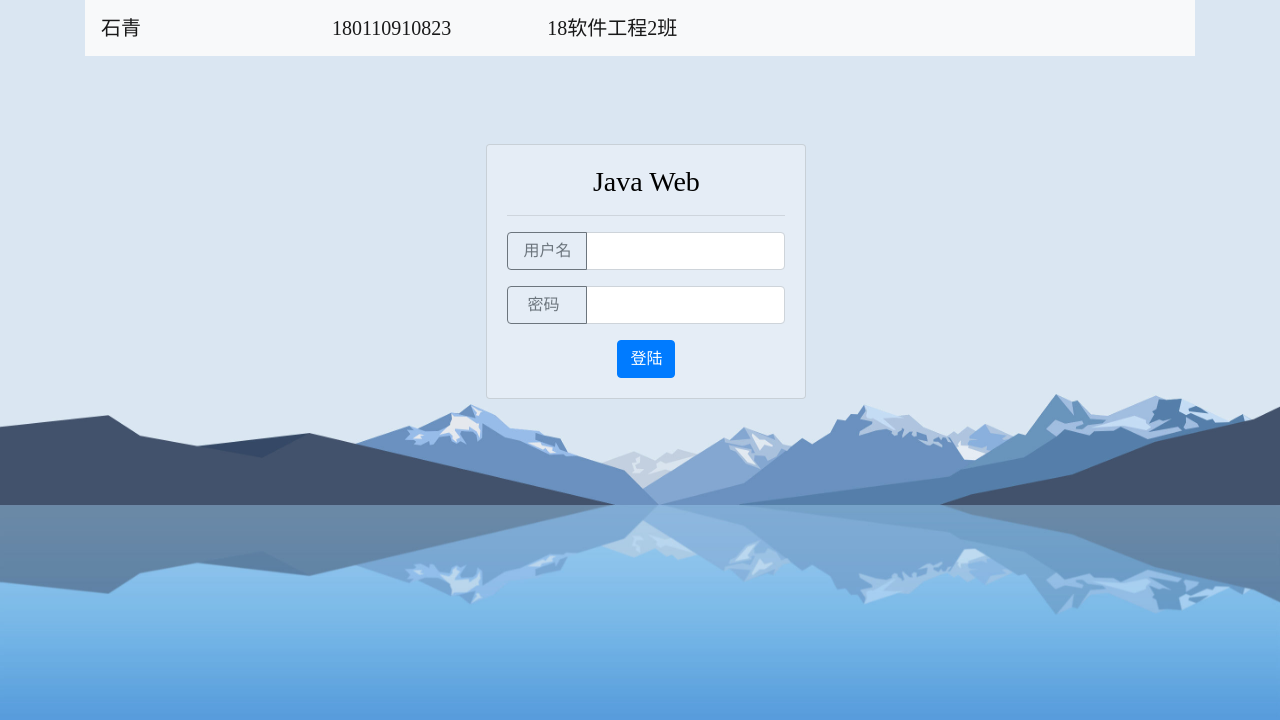
Repository: sqsssq/JavaWeb
Page: class1/IDEA/web/successful.html
An editor plug-in stored every save of this project. The page is shown before and after the next save, followed by the edit.
The browser window is 1280 px wide. The pictures show the whole page.

Above is the page before, as saved 2020-09-25 00:38:49.

### class1/IDEA/web/successful.html
<!--
 * @Author: your name
 * @Date: 2020-09-23 10:46:47
 * @LastEditTime: 2020-09-25 00:38:49
 * @LastEditors: Please set LastEditors
 * @Description: In User Settings Edit
 * @FilePath: \IDEA\web\successful.html
-->
<!DOCTYPE html>
<html lang="en">
<head>
    <meta charset="UTF-8">
    <meta name="viewport" content="width=device-width, initial-scale=1, shrink-to-fit=no">
    <link rel="stylesheet" href="https://cdn.jsdelivr.net/npm/bootstrap@4.5.0/dist/css/bootstrap.min.css" integrity="sha384-9aIt2nRpC12Uk9gS9baDl411NQApFmC26EwAOH8WgZl5MYYxFfc+NcPb1dKGj7Sk" crossorigin="anonymous">
    <script src="https://cdn.jsdelivr.net/npm/jquery@3.5.1/dist/jquery.slim.min.js" integrity="sha384-DfXdz2htPH0lsSSs5nCTpuj/zy4C+OGpamoFVy38MVBnE+IbbVYUew+OrCXaRkfj" crossorigin="anonymous"></script>
    <script src="https://cdn.jsdelivr.net/npm/popper.js@1.16.0/dist/umd/popper.min.js" integrity="sha384-Q6E9RHvbIyZFJoft+2mJbHaEWldlvI9IOYy5n3zV9zzTtmI3UksdQRVvoxMfooAo" crossorigin="anonymous"></script>
    <script src="https://cdn.jsdelivr.net/npm/bootstrap@4.5.0/dist/js/bootstrap.min.js" integrity="sha384-OgVRvuATP1z7JjHLkuOU7Xw704+h835Lr+6QL9UvYjZE3Ipu6Tp75j7Bh/kR0JKI" crossorigin="anonymous"></script>

    <title>Title</title>
    <style>
        html {
            height: 100%;
        }
        body {
            height: 100%;
            background-image: url("./img/bcg2.jpg");
            background-repeat: no-repeat;
            background-size: 100% 100%;
            background-position: center center;
        }
    </style>
</head>
<body>
    <div class="container" style="font-family: 华文行楷;">
        <nav class="navbar navbar-expand-lg navbar-light bg-light">
            <a class="navbar-brand" href="#">石青 &nbsp;&nbsp;&nbsp;&nbsp;&nbsp;&nbsp;&nbsp;&nbsp;&nbsp;&nbsp;&nbsp;&nbsp;&nbsp;&nbsp;&nbsp;&nbsp;&nbsp;&nbsp;&nbsp;&nbsp;&nbsp;&nbsp;&nbsp;&nbsp;&nbsp;&nbsp;&nbsp;&nbsp;&nbsp;&nbsp;&nbsp;&nbsp;&nbsp;&nbsp;</a>
            <a class="navbar-brand" href="#">180110910823&nbsp;&nbsp;&nbsp;&nbsp;&nbsp;&nbsp;&nbsp;&nbsp;&nbsp;&nbsp;&nbsp;&nbsp;&nbsp;&nbsp;&nbsp;&nbsp;</a>
            <a class="navbar-brand" href="#">18软件工程2班</a>

        </nav>
        <form method="post" action="loginAction.jsp">

    <!--    <form>-->
        <div class="card" style="width: 20rem; position:absolute; left: 38%; float: left; top: 20%; background: rgba(255, 255, 255, 0.3);">
            <div class="card-body" style="text-align: center; opacity: 100%;">
                <h3 class="card-title" style="color: black;">Java Web</h3>
                <hr>
                <div class="input-group mb-3">
                    <div class="input-group-prepend">
                        <button class="btn btn-outline-secondary" style="width: 80px;" type="button">用户名</button>
                    </div>
                    <input type="text" class="form-control" name="un" id="und">
                </div>
                <div class="input-group mb-3">
                    <div class="input-group-prepend">
                        <button class="btn btn-outline-secondary" style="width: 80px;" type="button">密码 &nbsp;</button>

                    </div>
                    <input type="password" class="form-control" name="ps" id="psd">

                </div>
    <!--            <div class="alert alert-warning alert-dismissible fade show" role="alert">-->
    <!--                <strong>ERROR</strong> 用户名或密码错误-->
    <!--                <button type="button" class="close" data-dismiss="alert" aria-label="Close">-->
    <!--                    <span aria-hidden="true">&times;</span>-->
    <!--                </button>-->
    <!--            </div>-->
                <input  class="btn btn-primary" value="登陆" id="btn1" type="submit">
    <!--            <input  class="btn btn-success" value="注册" id="btn2" type="submit">-->
    <!--            <button class="btn btn-block" id="btn">登陆</button>-->
            </div>
        </div>
        </form>
    </div>
</body>
</html>

After the next save:
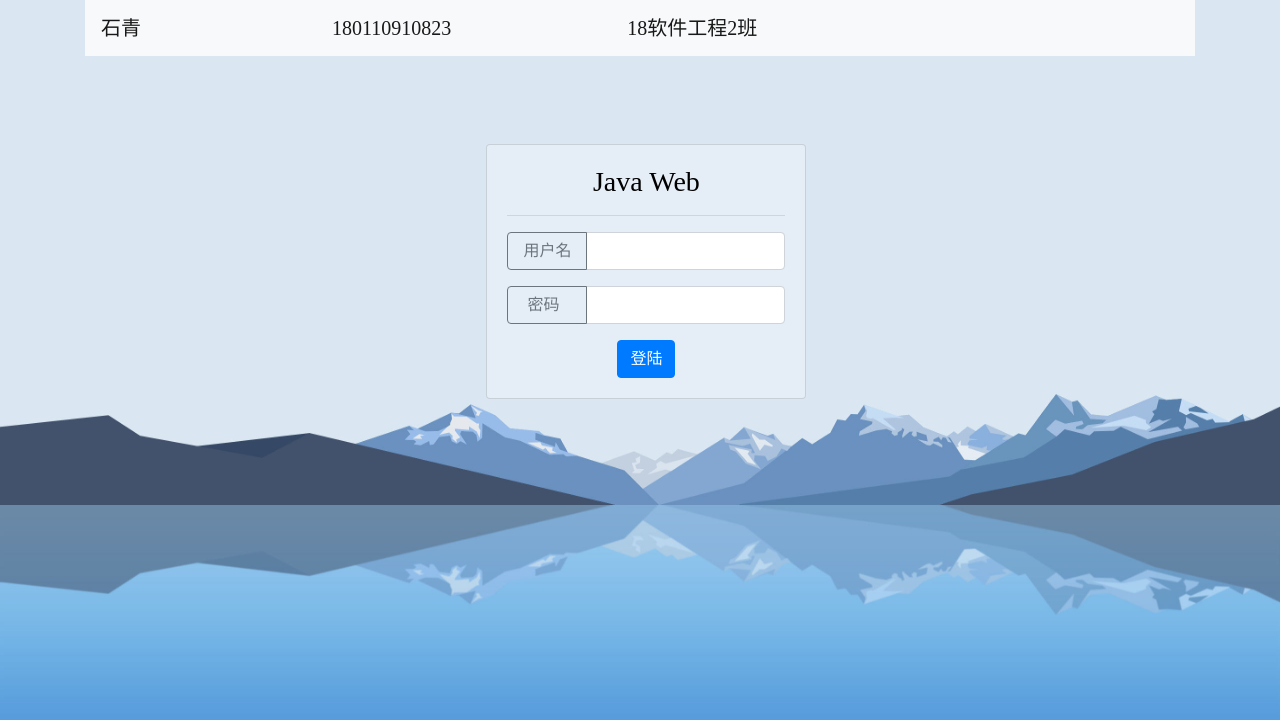
Saved 6 s later.
--- a/class1/IDEA/web/successful.html
+++ b/class1/IDEA/web/successful.html
@@ -34,7 +34,7 @@
     <div class="container" style="font-family: 华文行楷;">
         <nav class="navbar navbar-expand-lg navbar-light bg-light">
             <a class="navbar-brand" href="#">石青 &nbsp;&nbsp;&nbsp;&nbsp;&nbsp;&nbsp;&nbsp;&nbsp;&nbsp;&nbsp;&nbsp;&nbsp;&nbsp;&nbsp;&nbsp;&nbsp;&nbsp;&nbsp;&nbsp;&nbsp;&nbsp;&nbsp;&nbsp;&nbsp;&nbsp;&nbsp;&nbsp;&nbsp;&nbsp;&nbsp;&nbsp;&nbsp;&nbsp;&nbsp;</a>
-            <a class="navbar-brand" href="#">180110910823&nbsp;&nbsp;&nbsp;&nbsp;&nbsp;&nbsp;&nbsp;&nbsp;&nbsp;&nbsp;&nbsp;&nbsp;&nbsp;&nbsp;&nbsp;&nbsp;</a>
+            <a class="navbar-brand" href="#">180110910823&nbsp;&nbsp;&nbsp;&nbsp;&nbsp;&nbsp;&nbsp;&nbsp;&nbsp;&nbsp;&nbsp;&nbsp;&nbsp;&nbsp;&nbsp;&nbsp;&nbsp;&nbsp;&nbsp;&nbsp;&nbsp;&nbsp;&nbsp;&nbsp;&nbsp;&nbsp;&nbsp;&nbsp;&nbsp;&nbsp;&nbsp;&nbsp;</a>
             <a class="navbar-brand" href="#">18软件工程2班</a>
 
         </nav>
